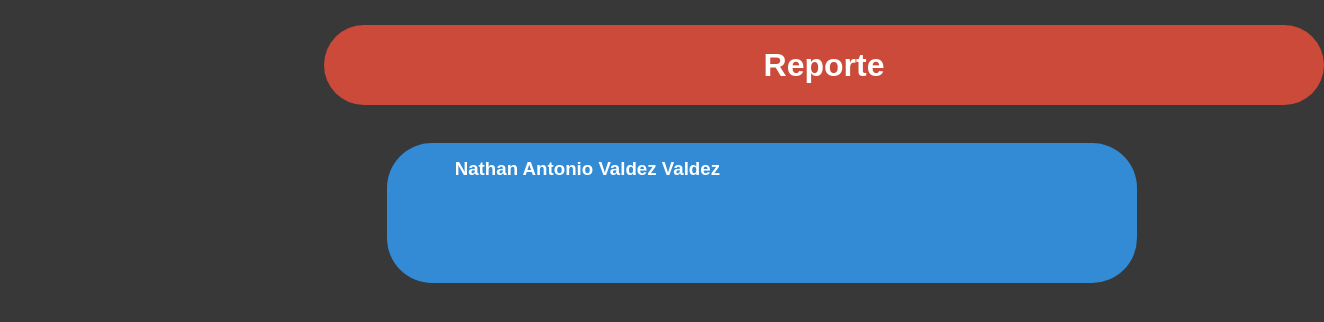
Repository: nathanvdev/LFP_PR_202001568
Page: plantilla.html
The author's editor kept a copy of each file at every save. The page is drawn from the files as they stood at one save, then again after a run of saves.
The browser window is 1280 px wide. The page is 1324 px wide, so the pictures cover 1324 px, including what lies to the right of the window. The pictures show the whole page.

Above is the page before, as saved 2022-02-19 18:52:12.

### plantilla.html

<!DOCTYPE html>
<html lang="en">
<head>
    <meta charset="UTF-8">
    <meta http-equiv="X-UA-Compatible" content="IE=edge">
    <meta name="viewport" content="width=device-width, initial-scale=1.0">
    <title>Document</title>
</head>
<style>
    body{
        font-family: sans-serif;
    }
    .titlebox{
        background-color: rgb(204, 74, 57);
        height: 80px;
        width: 1000px;
        margin: 2%;
        margin-left: 25%;
        border-radius: 45px;


        display: flex;
        justify-content: center;
    }
    .PersonalInfo{
        background-color: rgb(50, 139, 212);
        height: 140px;
        width: 750px;
        margin: 2%;
        margin-left: 30%;
        border-radius: 45px;

    }
</style>
<body style="background-color: rgb(56, 56, 56);">
    <div class="titlebox">
        <h1 style="color: white;">Reporte</h1>
    </div>
    <div class="PersonalInfo">
        <h3 style="color: white; padding-left: 30px;
        padding-top: 15px; margin: 5%;">
            Nathan Antonio Valdez Valdez
        </h3>
    </div>
</body>
</html>

After the next 2 saves:
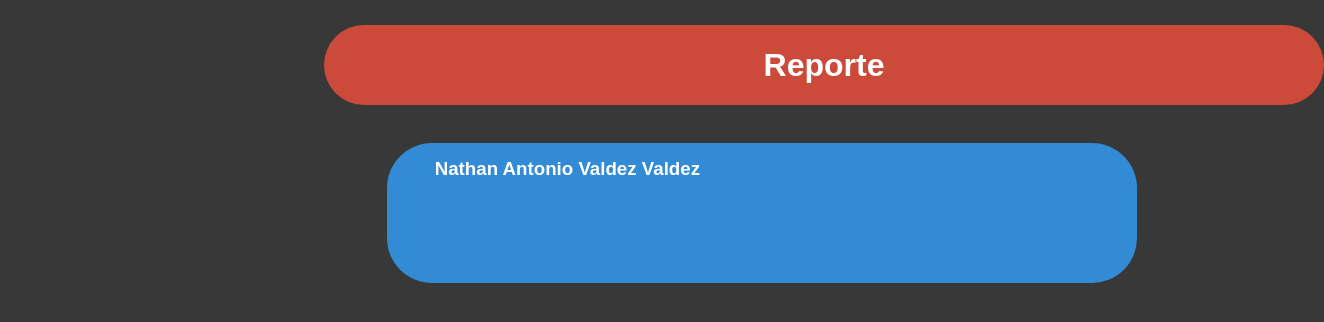
The 2 saves are shown as one change because they came seconds apart.
The last was saved 6 s later.
--- a/plantilla.html
+++ b/plantilla.html
@@ -38,7 +38,7 @@
         <h1 style="color: white;">Reporte</h1>
     </div>
     <div class="PersonalInfo">
-        <h3 style="color: white; padding-left: 30px;
+        <h3 style="color: white; padding-left: 10px;
         padding-top: 15px; margin: 5%;">
             Nathan Antonio Valdez Valdez
         </h3>
